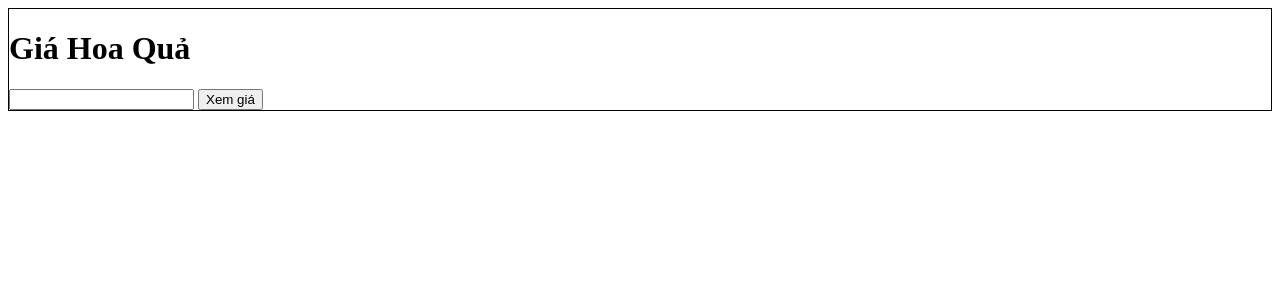
Repository: tungts3qb/BTCodeGym
Page: giahoaqua.html
The author's editor kept a copy of each file at every save. The page is drawn from the files as they stood at one save, then again after the next save.
The browser window is 1280 px wide. The pictures show the whole page.

Above is the page before, as saved 2023-01-04 10:59:44.

After the next save:
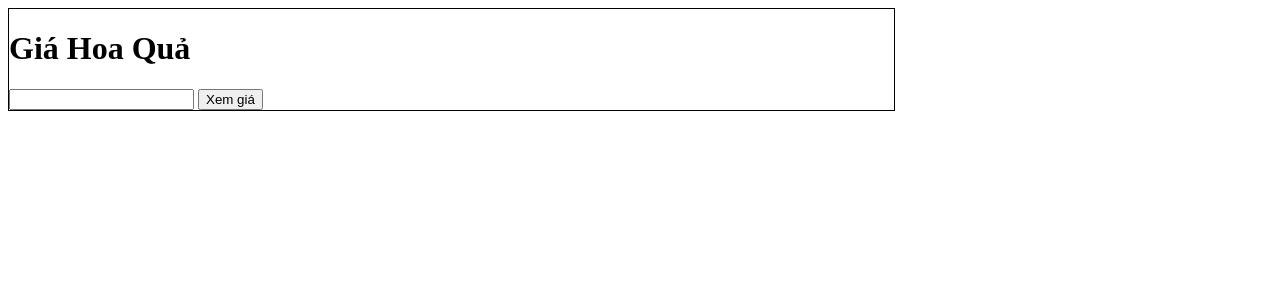
Saved 18 s later.
--- a/giahoaqua.html
+++ b/giahoaqua.html
@@ -10,6 +10,7 @@
     <style>
       .check-fruit-form {
         border: solid 1px black;
+        max-width: 70%;
       }
     </style>
     <div class="check-fruit-form">
